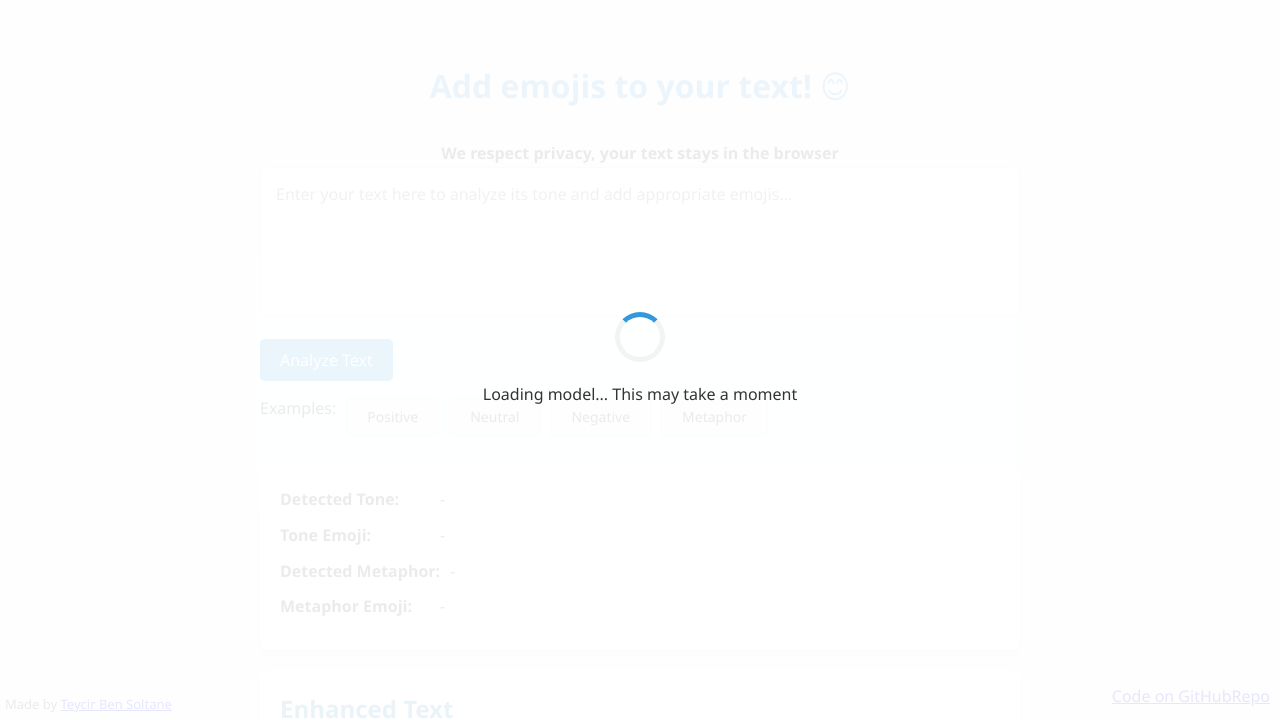
Repository: Teycir/emojiadder
Page: index.html
The author's editor kept a copy of each file at every save. The page is drawn from the files as they stood at one save, then again after the next save.
The browser window is 1280 px wide. The pictures show the window.
A layer covers the whole window, so only the first screen is drawn.

Above is the page before, as saved 2025-03-23 11:58:30.

### index.html
<!DOCTYPE html>
<html lang="en">
<head>
    <meta charset="UTF-8">
    <meta name="viewport" content="width=device-width, initial-scale=1.0">
    <title>Text Tone Detector</title>
    <link rel="stylesheet" href="styles.css">
</head>
<body>
    <div class="container">
        <h1>Add emojis to your text! 😊</h1>

        <center> <h4>We respect privacy, your text stays in the browser</h4></center>
                <div class="input-section">
            <textarea id="text-input" placeholder="Enter your text here to analyze its tone and add appropriate emojis..."></textarea>
            <button id="analyze-btn">Analyze Text</button>
            <div class="examples">
                <p>Examples:</p>
                <button class="example-btn" data-text="I'm so happy with the results! This is amazing.">Positive</button>
                <button class="example-btn" data-text="This is just okay, nothing special.">Neutral</button>
                <button class="example-btn" data-text="I'm really disappointed with this service.">Negative</button>
                <button class="example-btn" data-text="The journey to success is like climbing a mountain.">Metaphor</button>
            </div>
        </div>

        <div class="result-section">
            <div class="result-card">
                <div class="result-item">
                    <div class="label">Detected Tone:</div>
                    <div id="tone-result" class="value">-</div>
                </div>
                <div class="result-item">
                    <div class="label">Tone Emoji:</div>
                    <div id="tone-emoji" class="value">-</div>
                </div>
                <div class="result-item">
                    <div class="label">Detected Metaphor:</div>
                    <div id="metaphor-result" class="value">-</div>
                </div>
                <div class="result-item">
                    <div class="label">Metaphor Emoji:</div>
                    <div id="metaphor-emoji" class="value">-</div>
                </div>
            </div>
            <div class="enhanced-text-card">
                <h2>Enhanced Text</h2>
                <div id="enhanced-text-result">-</div>
            </div>
        </div>

        <div class="loader-container" id="loader">
            <div class="loader"></div>
            <p>Loading model... This may take a moment</p>
        </div>
    </div>

    <!-- Note the type="module" to use ES modules (modules are deferred by default) -->
    <script type="module" src="./script.js"></script>
<div style="position: fixed; bottom: 0; left: 0; font-size: small; margin: 5px;">
  Made by <a href="https://www.teycirbensoltane.tn">Teycir Ben Soltane</a>
</div>
<a href="https://github.com/Teycir/emojiadder" style="position: fixed; bottom: 10px; right: 10px;">Code on GitHubRepo</a>
</body>
</html>

### styles.css
* {
    margin: 0;
    padding: 0;
    box-sizing: border-box;
    font-family: 'Segoe UI', Tahoma, Geneva, Verdana, sans-serif;
}

body {
    background-color: #f5f7fa;
    color: #333;
    line-height: 1.6;
}

.container {
    max-width: 800px;
    margin: 40px auto;
    padding: 20px;
}

h1 {
    text-align: center;
    margin-bottom: 30px;
    color: #3498db;
}

h2 {
    color: #2980b9;
    margin-bottom: 15px;
}

.input-section {
    margin-bottom: 30px;
}

textarea {
    width: 100%;
    height: 150px;
    padding: 15px;
    border: 1px solid #ddd;
    border-radius: 8px;
    resize: none;
    font-size: 16px;
    margin-bottom: 15px;
    transition: border 0.3s;
}

textarea:focus {
    outline: none;
    border-color: #3498db;
}

button {
    background-color: #3498db;
    color: white;
    border: none;
    padding: 10px 20px;
    border-radius: 5px;
    cursor: pointer;
    font-size: 16px;
    transition: background-color 0.3s;
}

button:hover {
    background-color: #2980b9;
}

button:disabled {
    background-color: #95a5a6;
    cursor: not-allowed;
}

.result-section {
    display: flex;
    flex-direction: column;
    gap: 20px;
    margin-bottom: 30px;
}

.result-card, .enhanced-text-card {
    background-color: white;
    border-radius: 8px;
    padding: 20px;
    box-shadow: 0 4px 6px rgba(0, 0, 0, 0.1);
}

.result-item {
    margin-bottom: 10px;
    display: flex;
    align-items: center;
}

.label {
    font-weight: bold;
    margin-right: 10px;
    min-width: 150px;
}

#enhanced-text-result {
    padding: 15px;
    background-color: #f9f9f9;
    border-radius: 5px;
    font-size: 18px;
    min-height: 60px;
    line-height: 1.5;
}

.examples-section {
    margin-top: 30px;
}

.examples {
    display: flex;
    flex-wrap: wrap;
    gap: 10px;
    margin-top: 15px;
}

.example-btn {
    background-color: #f0f0f0;
    color: #333;
    border: 1px solid #ddd;
    font-size: 14px;
}

.example-btn:hover {
    background-color: #e0e0e0;
}

/* Tone colors */
.positive {
    color: #27ae60;
}

.neutral {
    color: #f39c12;
}

.negative {
    color: #e74c3c;
}

/* Loader Styles */
.loader-container {
    position: fixed;
    top: 0;
    left: 0;
    width: 100%;
    height: 100%;
    background-color: rgba(255, 255, 255, 0.9);
    display: flex;
    flex-direction: column;
    justify-content: center;
    align-items: center;
    z-index: 1000;
}

.loader {
    border: 5px solid #f3f3f3;
    border-top: 5px solid #3498db;
    border-radius: 50%;
    width: 50px;
    height: 50px;
    animation: spin 1s linear infinite;
    margin-bottom: 20px;
}

@keyframes spin {
    0% { transform: rotate(0deg); }
    100% { transform: rotate(360deg); }
}

/* Responsive design */
@media (max-width: 600px) {
    .container {
        padding: 15px;
        margin: 20px auto;
    }

    .result-item {
        flex-direction: column;
        align-items: flex-start;
    }

    .label {
        margin-bottom: 5px;
    }

    .examples {
        flex-direction: column;
    }
}

### script.js
import TextToneDetector from './TextToneDetector.js';

// DOM event listeners
document.addEventListener('DOMContentLoaded', () => {
  console.log('DOM content loaded, initializing application');

  // DOM elements
  const textInput = document.getElementById('text-input');
  const analyzeBtn = document.getElementById('analyze-btn');
  const toneResult = document.getElementById('tone-result');
  const toneEmoji = document.getElementById('tone-emoji');
  const metaphorResult = document.getElementById('metaphor-result');
  const metaphorEmoji = document.getElementById('metaphor-emoji');
  const enhancedTextResult = document.getElementById('enhanced-text-result');
  const exampleBtns = document.querySelectorAll('.example-btn');
  const loader = document.getElementById('loader');

  // Disable analyze button until model loads
  analyzeBtn.disabled = true;

  // Make sure the loader is visible
  loader.style.display = 'flex';

  // Create detector instance
  console.log('Creating TextToneDetector instance');
  const toneDetector = new TextToneDetector();

  // Add event listener to limit textarea to 400 lines and alert if exceeded
  textInput.addEventListener('input', function() {
    const lines = this.value.split('\n');
    if (lines.length > 400) {
      alert("400 max lines allowed!");
      this.value = lines.slice(0, 400).join('\n');
    }
  });

  // Analyze text function
  async function analyzeText() {
    const text = textInput.value.trim();

    if (!text) {
      alert('Please enter some text to analyze.');
      return;
    }

    // Show loading indicator
    analyzeBtn.disabled = true;
    analyzeBtn.textContent = 'Analyzing...';

    try {
      const result = await toneDetector.analyze(text);

      // Display results
      toneResult.textContent = result.tone.charAt(0).toUpperCase() + result.tone.slice(1);
      toneResult.className = result.tone;

      toneEmoji.textContent = result.toneEmoji || 'None';

      metaphorResult.textContent = result.metaphor
        ? result.metaphor.charAt(0).toUpperCase() + result.metaphor.slice(1)
        : 'None detected';

      metaphorEmoji.textContent = result.metaphorEmoji || 'None';

      enhancedTextResult.textContent = result.enhancedText;
    } catch (error) {
      console.error('Error in analysis:', error);
      enhancedTextResult.textContent = 'An error occurred during analysis. Please try again.';
    } finally {
      // Reset button
      analyzeBtn.disabled = false;
      analyzeBtn.textContent = 'Analyze Text';
    }
  }

  // Event listeners
  analyzeBtn.addEventListener('click', analyzeText);

  textInput.addEventListener('keydown', function(e) {
    if (e.key === 'Enter' && e.ctrlKey) {
      analyzeText();
    }
  });

  // Example buttons
  exampleBtns.forEach(btn => {
    btn.addEventListener('click', function() {
      const exampleText = this.getAttribute('data-text');
      textInput.value = exampleText;
      analyzeText();
    });
  });

  // Initial instructions
  enhancedTextResult.textContent = 'Enter text and click "Analyze Text" to see the enhanced result with emojis.';
});

### TextToneDetector.js
import SentimentModel from './models/SentimentModel.js';
import MetaphorUtils from './utils/MetaphorUtils.js';
import EmojiUtils from './utils/EmojiUtils.js';

/**
 * Main class for text tone detection
 */
class TextToneDetector {
  constructor() {
    console.log('TextToneDetector constructor called');

    // Initialize components
    this.sentimentModel = new SentimentModel();
    this.metaphorUtils = new MetaphorUtils();
    this.emojiUtils = new EmojiUtils();

    // Model loading status
    this.isModelLoaded = false;

    // Initialize model
    this.initializeModel();
  }

  async initializeModel() {
    try {
      console.log('TextToneDetector: Initializing sentiment model');
      await this.sentimentModel.initialize();
      this.isModelLoaded = true;

      console.log('TextToneDetector: Model loaded successfully');

      // Hide loader when model is loaded
      const loader = document.getElementById('loader');
      if (loader) {
        loader.style.display = 'none';
        console.log('Loader hidden');
      } else {
        console.warn('Loader element not found');
      }

      // Enable analyze button
      const analyzeBtn = document.getElementById('analyze-btn');
      if (analyzeBtn) {
        analyzeBtn.disabled = false;
        console.log('Analyze button enabled');
      } else {
        console.warn('Analyze button not found');
      }
    } catch (error) {
      console.error('Error initializing model:', error);

      // Show error in the UI
      const loader = document.getElementById('loader');
      if (loader) {
        loader.innerHTML = `
          <div class="error">
            <p>Error loading model: ${error.message}</p>
            <p>Please refresh the page to try again.</p>
          </div>
        `;
      }
    }
  }

  // Analyze text and return tone with emojis
  async analyze(text) {
    if (!this.isModelLoaded) {
      return {
        originalText: text,
        tone: 'unknown',
        toneEmoji: '',
        metaphor: null,
        metaphorEmoji: '',
        enhancedText: text
      };
    }

    try {
      // Split text into paragraphs
      const paragraphs = text.split(/\n+/);
      let enhancedParagraphs = [];

      for (const paragraph of paragraphs) {
        if (!paragraph.trim()) {
          enhancedParagraphs.push('');
          continue;
        }

        // Split paragraph into sentences
        // This regex matches sentence endings: period, question mark, or exclamation mark followed by a space or end of string
        const sentences = paragraph.match(/[^.!?]+[.!?]+(\s|$)/g) || [paragraph];
        let enhancedParagraph = '';

        for (const sentence of sentences) {
          // Get sentiment from model for each sentence
          const sentimentOutput = await this.sentimentModel.analyze(sentence);

          // Determine tone based on model output
          let tone;
          if (sentimentOutput.label === 'POSITIVE') {
            tone = 'positive';
          } else if (sentimentOutput.label === 'NEGATIVE') {
            tone = 'negative';
          } else {
            tone = 'neutral';
          }

          // Find metaphors in sentence
          const words = sentence.toLowerCase().split(/\s+/);
          const metaphor = this.metaphorUtils.findMetaphor(words);

          // Get emojis for tone and metaphor
          const toneEmoji = this.emojiUtils.getToneEmoji(tone);
          const metaphorEmoji = this.emojiUtils.getMetaphorEmoji(metaphor);

          // Add emoji after the sentence's ending punctuation but before any trailing space
          const emojiString = `${toneEmoji} ${metaphorEmoji}`.trim();
          // This regex captures the end punctuation and any trailing space
          const enhancedSentence = sentence.replace(/([.!?]+)(\s|$)/, `$1 ${emojiString}$2`);
          enhancedParagraph += enhancedSentence;
        }

        enhancedParagraphs.push(enhancedParagraph);
      }

      const enhancedText = enhancedParagraphs.join('\n');

      // For the overall tone and metaphor, analyze the complete text
      const overallSentimentOutput = await this.sentimentModel.analyze(text);
      let overallTone;
      if (overallSentimentOutput.label === 'POSITIVE') {
        overallTone = 'positive';
      } else if (overallSentimentOutput.label === 'NEGATIVE') {
        overallTone = 'negative';
      } else {
        overallTone = 'neutral';
      }

      const words = text.toLowerCase().split(/\s+/);
      const overallMetaphor = this.metaphorUtils.findMetaphor(words);

      const toneEmoji = this.emojiUtils.getToneEmoji(overallTone);
      const metaphorEmoji = this.emojiUtils.getMetaphorEmoji(overallMetaphor);

      return {
        originalText: text,
        tone: overallTone,
        toneEmoji: toneEmoji,
        metaphor: overallMetaphor,
        metaphorEmoji: metaphorEmoji,
        enhancedText: enhancedText
      };
    } catch (error) {
      console.error('Error analyzing text:', error);
      return {
        originalText: text,
        tone: 'error',
        toneEmoji: '❓',
        metaphor: null,
        metaphorEmoji: '',
        enhancedText: text + ' ❓'
      };
    }
  }
}

export default TextToneDetector;

### models/SentimentModel.js
// Import the pipeline directly from the Transformers library
import { pipeline } from 'https://cdn.jsdelivr.net/npm/@xenova/transformers@2.14.0/dist/transformers.min.js';

/**
 * Handles sentiment analysis using Transformers.js
 * Implements caching to avoid reloading the model
 */
class SentimentModel {
  // Static properties for caching
  static instance = null;
  static pipelineInstance = null;
  static isInitializing = false;
  static initPromise = null;

  constructor() {
    this.isLoaded = SentimentModel.pipelineInstance !== null;
    this.pipeline = SentimentModel.pipelineInstance;

    console.log('SentimentModel constructor called, cached:', this.isLoaded);

    // Return existing instance if available
    if (SentimentModel.instance) {
      console.log('Returning cached SentimentModel instance');
      return SentimentModel.instance;
    }

    // Store this instance as the singleton
    SentimentModel.instance = this;
  }

  /**
   * Initialize the sentiment analysis model
   * @returns {Promise} Resolves when model is loaded
   */
  async initialize() {
    // If model is already loaded, return immediately
    if (this.isLoaded) {
      console.log('Model already loaded, using cached instance');
      return Promise.resolve(true);
    }

    // If initialization is in progress, return the existing promise
    if (SentimentModel.isInitializing) {
      console.log('Model initialization already in progress, waiting...');
      return SentimentModel.initPromise;
    }

    // Create a new initialization promise
    SentimentModel.isInitializing = true;
    SentimentModel.initPromise = new Promise(async (resolve, reject) => {
      try {
        console.log('Starting to initialize sentiment model');

        try {
          console.log('Initializing sentiment model');

          // Initialize the sentiment analysis pipeline
          console.log('Loading sentiment analysis model...');
          SentimentModel.pipelineInstance = await pipeline('sentiment-analysis', 'Xenova/distilbert-base-uncased-finetuned-sst-2-english');
          console.log('Sentiment analysis model loaded successfully');

          // Update instance properties
          this.pipeline = SentimentModel.pipelineInstance;
          this.isLoaded = true;

          resolve(true);
        } catch (innerError) {
          console.error('Error in Transformers initialization:', innerError);
          SentimentModel.isInitializing = false;
          reject(innerError);
        }
      } catch (error) {
        console.error('Error initializing model:', error);
        SentimentModel.isInitializing = false;
        reject(error);
      }
    });

    return SentimentModel.initPromise;
  }

  /**
   * Analyze text sentiment
   * @param {string} text - Text to analyze
   * @returns {Object} Sentiment result
   */
  async analyze(text) {
    if (!this.isLoaded) {
      throw new Error('Model not loaded yet');
    }

    try {
      const result = await this.pipeline(text);
      return result[0];
    } catch (error) {
      console.error('Error in sentiment analysis:', error);
      throw error;
    }
  }
}

export default SentimentModel;

### utils/EmojiUtils.js
/**
 * Provides emoji-related functionality
 */
class EmojiUtils {
    constructor() {
      // Metaphor emoji mappings
      this.metaphorEmojis = {
        speed: ['🚀', '⚡', '💨', '🏃‍♂️'],
        strength: ['💪', '🦾', '🦁', '🐂'],
        growth: ['🌱', '🌳', '📈', '⬆️'],
        time: ['⏰', '⌛', '🕒', '📅'],
        money: ['💰', '💵', '💸', '💲'],
        success: ['🏆', '🥇', '🎖️', '🔝'],
        failure: ['👎', '📉', '❌', '💥'],
        idea: ['💡', '✨', '🧠', '🤔'],
        communication: ['💬', '📣', '📱', '✉️'],
        love: ['❤️', '💕', '💘', '🌹'],
        journey: ['🛣️', '🧭', '🧳', '🚶‍♂️'],
        competition: ['🏁', '🥊', '⚔️', '🎯'],
        health: ['🏥', '💊', '🩺', '🫀'],
        technology: ['📱', '💻', '🤖', '⚙️'],
        education: ['📚', '🎓', '✏️', '🧮'],
        nature: ['🌿', '🌳', '🌊', '🏔️'],
        celebration: ['🎉', '🎊', '🥂', '🎈']
      };

      // Tone emoji mappings
      this.toneEmojis = {
        positive: ['😊', '😄', '🥰', '✨', '👍', '🙌'],
        neutral: ['😐', '🤔', '🧐', '📝', '🔍', '💭'],
        negative: ['😔', '😢', '😞', '😠', '👎', '💔']
      };
    }

    /**
     * Get random emoji from a list
     * @param {Array} emojiList - List of emojis to choose from
     * @returns {string} - Random emoji
     */
    getRandomEmoji(emojiList) {
      if (!emojiList || emojiList.length === 0) {
        return '';
      }
      const randomIndex = Math.floor(Math.random() * emojiList.length);
      return emojiList[randomIndex];
    }

    /**
     * Get emoji for a tone
     * @param {string} tone - Tone to get emoji for
     * @returns {string} - Emoji
     */
    getToneEmoji(tone) {
      return this.getRandomEmoji(this.toneEmojis[tone] || []);
    }

    /**
     * Get emoji for a metaphor
     * @param {string} metaphor - Metaphor to get emoji for
     * @returns {string} - Emoji
     */
    getMetaphorEmoji(metaphor) {
      return metaphor ? this.getRandomEmoji(this.metaphorEmojis[metaphor] || []) : '';
    }
  }

  export default EmojiUtils;

Loaded but not shown: utils/MetaphorUtils.js (330 lines, source omitted)

After the next save:
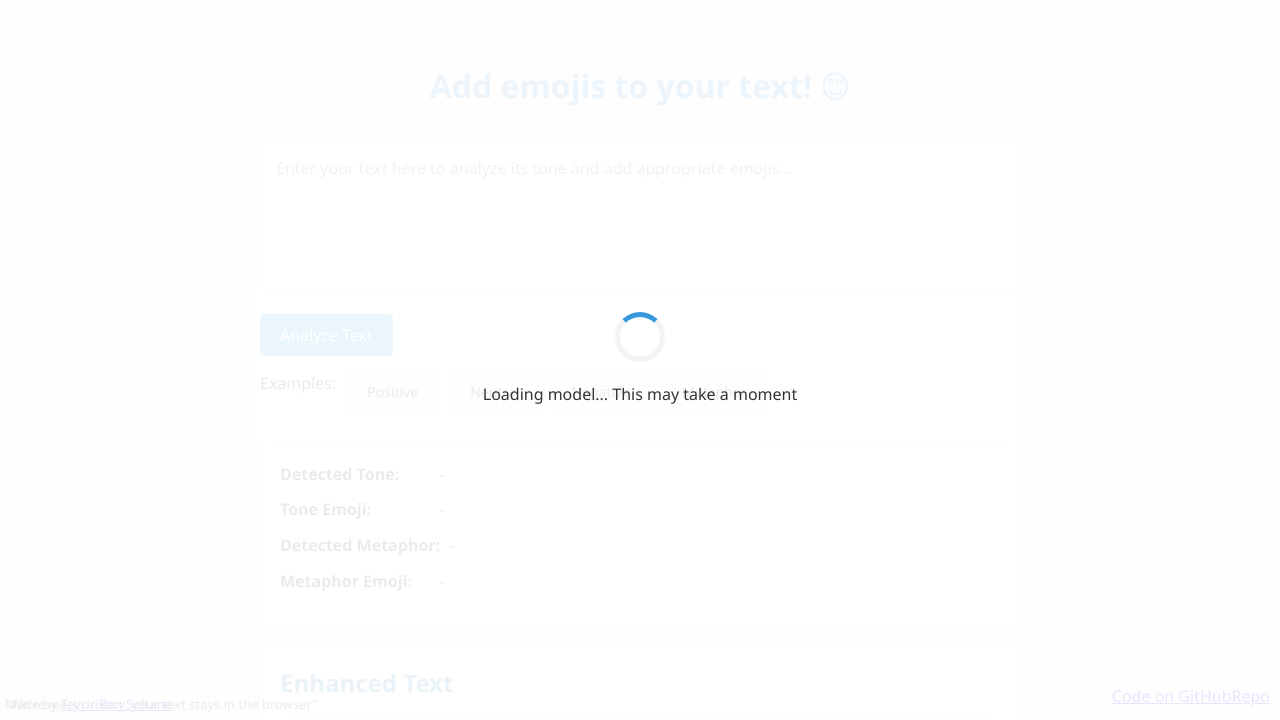
Saved 2 min 31 s later.
--- a/index.html
+++ b/index.html
@@ -10,7 +10,7 @@
     <div class="container">
         <h1>Add emojis to your text! 😊</h1>
 
-        <center> <h4>We respect privacy, your text stays in the browser</h4></center>
+
                 <div class="input-section">
             <textarea id="text-input" placeholder="Enter your text here to analyze its tone and add appropriate emojis..."></textarea>
             <button id="analyze-btn">Analyze Text</button>
@@ -60,5 +60,9 @@
   Made by <a href="https://www.teycirbensoltane.tn">Teycir Ben Soltane</a>
 </div>
 <a href="https://github.com/Teycir/emojiadder" style="position: fixed; bottom: 10px; right: 10px;">Code on GitHubRepo</a>
+
+<div style="position: fixed; bottom: 0; center: 0; font-size: small; margin: 5px;">
+    "We respect privacy, your text stays in the browser"
+  </div>
 </body>
 </html>
